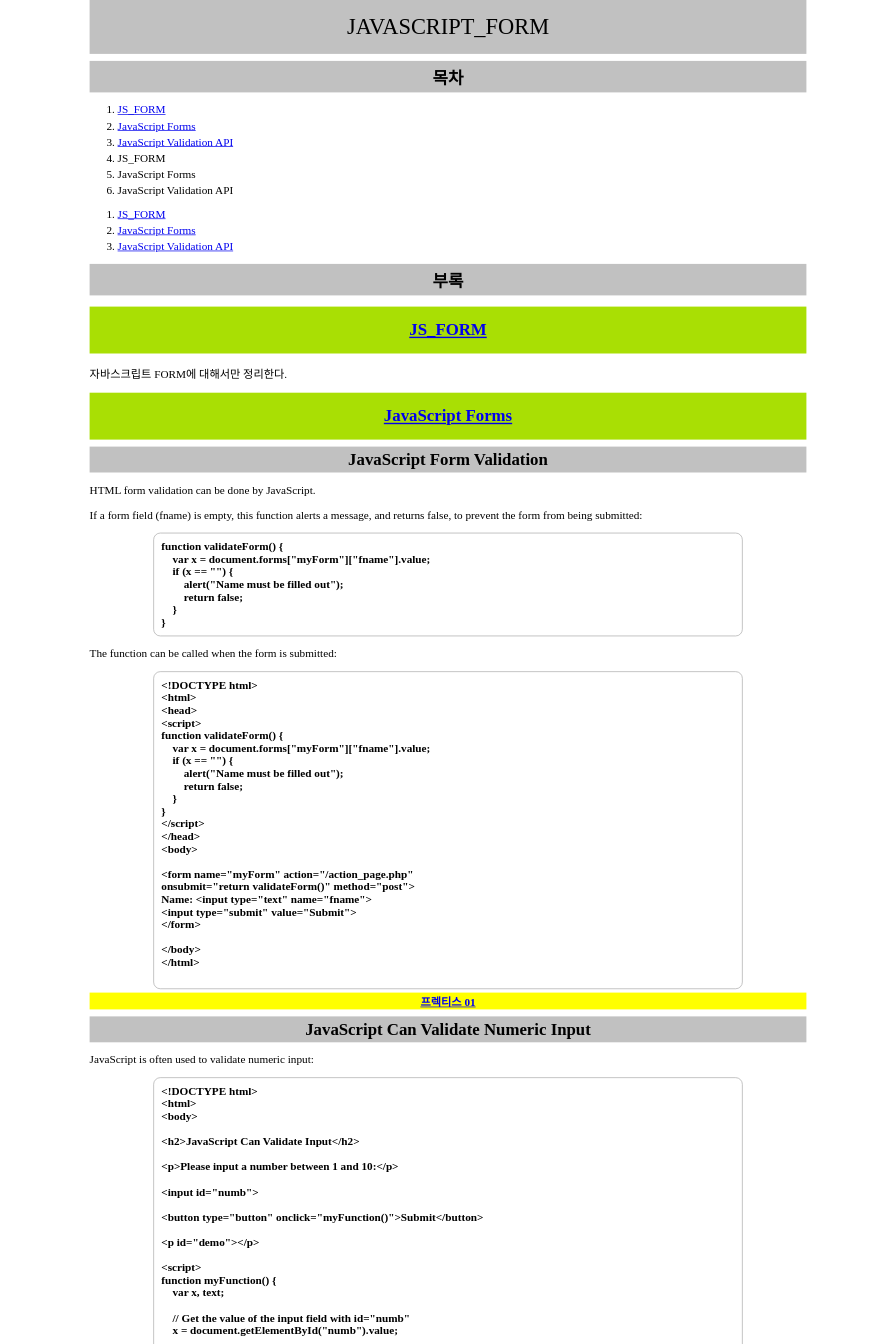
Repository: neem693/workspace
Page: studyhtml5/WebContent/ch05/Js_Form.html
These files come from the project's save history. The page is drawn as it stood at one moment and after a run of saves; the edit follows.
The browser window is 1280 px wide. The pictures show the part of the page from y = 0 to 1920 px (the page is 6741 px tall before and 6592 px after), at 70% of full size.
Some web fonts or font styles are not loaded; a fallback is used.

Above is the page before, as saved 2018-03-17 15:53:43.

### studyhtml5/WebContent/ch05/Js_Form.html
<!DOCTYPE html>
<html>
<head>
<meta charset="UTF-8">
<meta name="viewport" content="width=device-width,initial-scale = 1.0" />
<link rel="stylesheet" href="/studyhtml5/ch05/style.css">
<script src="/studyhtml5/js/jquery-3.1.1.min.js"></script>
<script src="/studyhtml5/ch05/jquery_index.js"></script>
<script src="/studyhtml5/ch05/js_main.js"></script>
<title>JAVASCRIPT_FORM</title>
</head>
<body>
	<header>JAVASCRIPT_FORM</header>
	<section>
		<article>
			<h1 id="index_subject">목차</h1>
			<div id="list"></div>
			<h1 id="bookmark_subject">부록</h1>
			<div id="bookmark_list"></div>
			<p class="subject_fix" id="subject_line"></p>
			<h1 class="subject">JS_FORM</h1>
			<p>자바스크립트 FORM에 대해서만 정리한다.</p>
			<h1 class="subject">JavaScript Forms</h1>
			<h1>JavaScript Form Validation</h1>
			<p>
				HTML form validation can be done by JavaScript. <br> <br>
				If a form field (fname) is empty, this function alerts a message,
				and returns false, to prevent the form from being submitted:
			</p>
			<pre class="code">
function validateForm() {
    var x = document.forms["myForm"]["fname"].value;
    if (x == "") {
        alert("Name must be filled out");
        return false;
    }
} </pre>

			<p>The function can be called when the form is submitted:</p>
			<pre class="code">
&lt;!DOCTYPE html&gt;
&lt;html&gt;
&lt;head&gt;
&lt;script&gt;
function validateForm() {
    var x = document.forms["myForm"]["fname"].value;
    if (x == "") {
        alert("Name must be filled out");
        return false;
    }
}
&lt;/script&gt;
&lt;/head&gt;
&lt;body&gt;

&lt;form name="myForm" action="/action_page.php"
onsubmit="return validateForm()" method="post"&gt;
Name: &lt;input type="text" name="fname"&gt;
&lt;input type="submit" value="Submit"&gt;
&lt;/form&gt;

&lt;/body&gt;
&lt;/html&gt;
 </pre>
			<a href="/studyhtml5/ch05/practice_form/practice_01.html"
				class="center">프렉티스 01</a>


			<h1>JavaScript Can Validate Numeric Input</h1>
			<p>JavaScript is often used to validate numeric input:</p>


			<pre class="code">
&lt;!DOCTYPE html&gt;
&lt;html&gt;
&lt;body&gt;

&lt;h2&gt;JavaScript Can Validate Input&lt;/h2&gt;

&lt;p&gt;Please input a number between 1 and 10:&lt;/p&gt;

&lt;input id="numb"&gt;

&lt;button type="button" onclick="myFunction()"&gt;Submit&lt;/button&gt;

&lt;p id="demo"&gt;&lt;/p&gt;

&lt;script&gt;
function myFunction() {
    var x, text;

    // Get the value of the input field with id="numb"
    x = document.getElementById("numb").value;

    // If x is Not a Number or less than one or greater than 10
    if (isNaN(x) || x &lt; 1 || x &gt; 10) {
        text = "Input not valid";
    } else {
        text = "Input OK";
    }
    document.getElementById("demo").innerHTML = text;
}
&lt;/script&gt;

&lt;/body&gt;
&lt;/html&gt;
</pre>
			<a href="/studyhtml5/ch05/practice_form/practice_02.html"
				class="center">프렉티스 02</a>


			<h1>Automatic HTML Form Validation</h1>
			<p>
				HTML form validation can be performed automatically by the browser:
				<br> <br> If a form field (fname) is empty, the required
				attribute prevents this form from being submitted:
			</p>




			<pre class="code">
&lt;!DOCTYPE html&gt;
&lt;html&gt;
&lt;body&gt;

&lt;form action="/action_page.php" method="post"&gt;
  &lt;input type="text" name="fname" required&gt;
  &lt;input type="submit" value="Submit"&gt;
&lt;/form&gt;

&lt;p&gt;If you click submit, without filling out the text field,
your browser will display an error message.&lt;/p&gt;

&lt;/body&gt;
&lt;/html&gt;
</pre>
<a href = "/studyhtml5/ch05/practice_form/practice_03.html" class = "center">프렉티스 03</a>

			<p class="imp">Automatic HTML form validation does not work in
				Internet Explorer 9 or earlier.</p>

			<h1>Data Validation</h1>
			<p>
				Data validation is the process of ensuring that user input is clean,
				correct, and useful. <br> <br> Typical validation tasks
				are:
			</p>
			<ul>
				<li>has the user filled in all required fields?</li>
				<li>has the user entered a valid date?</li>
				<li>has the user entered text in a numeric field?</li>
			</ul>
			<p>
				Most often, the purpose of data validation is to ensure correct user
				input. <br> <br> Validation can be defined by many
				different methods, and deployed in many different ways. <br> <br>
				Server side validation is performed by a web server, after input has
				been sent to the server. <br> <br> Client side validation
				is performed by a web browser, before input is sent to a web server.
			</p>
			<h1>HTML Constraint Validation</h1>
			<p>
				HTML5 introduced a new HTML validation concept called constraint
				validation. <br> <br> HTML constraint validation is based
				on:
			</p>
			<ul>
				<li>Constraint validation HTML Input Attributes</li>
				<li>Constraint validation CSS Pseudo Selectors</li>
				<li>Constraint validation DOM Properties and Methods</li>
			</ul>
			<h1>Constraint Validation HTML Input Attributes</h1>
			<table>
				<tbody>
					<tr>
						<th style="width: 25%">Attribute</th>
						<th>Description</th>
					</tr>
					<tr>
						<td>disabled</td>
						<td>Specifies that the input element should be disabled</td>
					</tr>
					<tr>
						<td>max</td>
						<td>Specifies the maximum value of an input element</td>
					</tr>
					<tr>
						<td>min</td>
						<td>Specifies the minimum value of an input element</td>
					</tr>
					<tr>
						<td>pattern</td>
						<td>Specifies the value pattern of an input element</td>
					</tr>
					<tr>
						<td>required</td>
						<td>Specifies that the input field requires an element</td>
					</tr>
					<tr>
						<td>type&nbsp;</td>
						<td>Specifies the type of an input element</td>
					</tr>
				</tbody>
			</table>
			<p>
				For a full list, go to <a
					href="https://www.w3schools.com/html/html_form_attributes.asp">HTML
					Input Attributes</a>.
			</p>
			<h1>Constraint Validation CSS Pseudo Selectors</h1>
			<table>
				<tbody>
					<tr>
						<th style="width: 25%">Selector</th>
						<th>Description</th>
					</tr>
					<tr>
						<td>:disabled</td>
						<td>Selects input elements with the "disabled" attribute
							specified</td>
					</tr>
					<tr>
						<td>:invalid</td>
						<td>Selects input elements with invalid values</td>
					</tr>
					<tr>
						<td>:optional</td>
						<td>Selects input elements with no "required" attribute
							specified</td>
					</tr>
					<tr>
						<td>:required</td>
						<td>Selects input elements with the "required" attribute
							specified</td>
					</tr>
					<tr>
						<td>:valid</td>
						<td>Selects input elements with valid values</td>
					</tr>
				</tbody>
			</table>
			<p>
				For a full list, go to <a
					href="https://www.w3schools.com/css/css_pseudo_classes.asp">CSS
					Pseudo Classes</a>.
			</p>
			<h1 class="subject">JavaScript Validation API</h1>
			<h1>Constraint Validation DOM Methods</h1>
			<table>
				<tbody>
					<tr>
						<th style="width: 25%">Property</th>
						<th>Description</th>
					</tr>
					<tr>
						<td>checkValidity()</td>
						<td>Returns true if an input element contains valid data.</td>
					</tr>
					<tr>
						<td>setCustomValidity()</td>
						<td>Sets the validationMessage property of an input element.</td>
					</tr>
				</tbody>
			</table>
			<p>If an input field contains invalid data, display a message:</p>
			<pre class="code">
&lt;!DOCTYPE html&gt;
&lt;html&gt;
&lt;body&gt;

&lt;p&gt;Enter a number and click OK:&lt;/p&gt;

&lt;input id="id1" type="number" min="100" max="300" required&gt;
&lt;button onclick="myFunction()"&gt;OK&lt;/button&gt;

&lt;p&gt;If the number is less than 100 or greater than 300, an error message will be displayed.&lt;/p&gt;

&lt;p id="demo"&gt;&lt;/p&gt;

&lt;script&gt;
function myFunction() {
    var inpObj = document.getElementById("id1");
    if (!inpObj.checkValidity()) {
        document.getElementById("demo").innerHTML = inpObj.validationMessage;
    } else {
        document.getElementById("demo").innerHTML = "Input OK";
    }
}
&lt;/script&gt;

&lt;/body&gt;
&lt;/html&gt;
</pre>
<a href = "/studyhtml5/ch05/practice_form/practice_04.html" class = "center">프렉티스 04</a>
			<h1>Constraint Validation DOM Properties</h1>
			<table>
				<tbody>
					<tr>
						<th style="width: 25%">Property</th>
						<th>Description</th>
					</tr>
					<tr>
						<td>validity</td>
						<td>Contains boolean properties related to the validity of an
							input element.</td>
					</tr>
					<tr>
						<td>validationMessage</td>
						<td>Contains the message a browser will display when the
							validity is false.</td>
					</tr>
					<tr>
						<td>willValidate</td>
						<td>Indicates if an input element will be validated.</td>
					</tr>
				</tbody>
			</table>
			<h1>Validity Properties</h1>
			<p>The validity property of an input element contains a number of
				properties related to the validity of data:</p>
			<table>
				<tbody>
					<tr>
						<th style="width: 25%">Property</th>
						<th>Description</th>
					</tr>
					<tr>
						<td>customError</td>
						<td>Set to true, if a custom validity message is set.</td>
					</tr>
					<tr>
						<td>patternMismatch</td>
						<td>Set to true, if an element's value does not match its
							pattern attribute.</td>
					</tr>
					<tr>
						<td>rangeOverflow</td>
						<td>Set to true, if an element's value is greater than its
							max attribute.</td>
					</tr>
					<tr>
						<td>rangeUnderflow</td>
						<td>Set to true, if an element's value is less than its min
							attribute.</td>
					</tr>
					<tr>
						<td>stepMismatch</td>
						<td>Set to true, if an element's value is invalid per its
							step attribute.</td>
					</tr>
					<tr>
						<td>tooLong</td>
						<td>Set to true, if an element's value exceeds its maxLength
							attribute.</td>
					</tr>
					<tr>
						<td>typeMismatch</td>
						<td>Set to true, if an element's value is invalid per its
							type attribute.</td>
					</tr>
					<tr>
						<td>valueMissing</td>
						<td>Set to true, if an element (with a required attribute)
							has no value.</td>
					</tr>
					<tr>
						<td>valid</td>
						<td>Set to true, if an element's value is valid.</td>
					</tr>
				</tbody>
			</table>
			<h1>Examples</h1>

			<p>If the number in an input field is less than 100 (the input's
				min attribute), display a message:</p>
			<pre class="code">
&lt;input id="id1" type="number" max="100"&gt;
&lt;button onclick="myFunction()"&gt;OK&lt;/button&gt;

&lt;p id="demo"&gt;&lt;/p&gt;

&lt;script&gt;
function myFunction() {
    var txt = "";
    if (document.getElementById("id1").validity.rangeOverflow) {
       txt = "Value too large";
    }
    document.getElementById("demo").innerHTML = txt;
}
&lt;/script&gt;
</pre>
<a href = "/studyhtml5/ch05/practice_form/practice_05.html" class = "center">프렉티스 05</a>
<p>If the number in an input field is less than 100 (the input's min attribute), display a message:</p>
<pre class = "code">
&lt;!DOCTYPE html&gt;
&lt;html&gt;
&lt;body&gt;

&lt;p&gt;Enter a number and click OK:&lt;/p&gt;

&lt;input id="id1" type="number" min="100"&gt;
&lt;button onclick="myFunction()"&gt;OK&lt;/button&gt;

&lt;p&gt;If the number is less than 100 (the input's min attribute), an error message will be displayed.&lt;/p&gt;

&lt;p id="demo"&gt;&lt;/p&gt;

&lt;script&gt;
function myFunction() {
    var txt = "";
    if (document.getElementById("id1").validity.rangeUnderflow) {
        txt = "Value too small";
    } else {
        txt = "Input OK";
    }
    document.getElementById("demo").innerHTML = txt;
}
&lt;/script&gt;

&lt;/body&gt;
&lt;/html&gt;
</pre>
<a href = "/studyhtml5/ch05/practice_form/practice_06.html" class = "center">프렉티스 06</a>

		</article>
	</section>


</body>
</html>

### studyhtml5/WebContent/ch05/js_main.js
/**
 *
 */
var count, imp_text, imp_value, subject, issub, target_ul, target_li, subject_bool;
var x = 0, y = 0;
var arr = [];
$(document).ready(function () {

    sort_subject();
    var show_sub_time = setTimeout(show_subject, 3000);
    opacity_on();
});
function sort_subject() {
    // /////////////////중요!////////////////////////
    /* h1태그가 너무 많아서 목록화 하는 작업을 하려한다. */
    /* subject 클래스를 가지고 있는 h1태그에 s로 id를 넣어준다 */
    /* h1 태그의 내용을 복사해서 아이디 list인 div에 숫자목록화하고 각각의 s id를 통해 링크화 한다. */
    /* h1 태그의 링크는 목차 방향으로 한다. */

    count = $(".subject").length;
    $("#list").append("<ol>");

    for (var i = 0; i < count; i++) {
        subject = $(".subject").eq(i);

        subject.attr("id", "s" + i);
        imp_text = $("#s" + i).text();
        $("#s" + i).html("<a>" + imp_text);

        // $("#c" + i + " a").attr("href","#b" +i);
        /*
         * subject 클래스가 목차로 바로 갈 수 있도록 해주는 것을 말함. 근데 이렇게 하지말고 목차로 이동하는게 더 좋을듯
         * 하다.
         */
        if ((subject.attr("class").search(/sub\b/)) == -1)
            subject_bool = false;
        else
            subject_bool = true;

        if (subject_bool) {

            if (!issub)
                $("#list ol li").eq(i - 1).append("<ul>");
            target_ul = $("#list ol li ul").eq(x);
            target_ul.addClass("list_ul_item" + x);
            target_ul.append("<li><a>" + subject.text());
            target_li = $("ul.list_ul_item" + x + " li").eq(y);// 여기서 문제가 발생했다.
            // ul을 구분하고 li까지
            // 구분해야 했기 때문..
            // 따라서 그냥 클래스로 구분지었다.

            y++;
            issub = true;
        } else {
            $("#list ol").append("<li><a>" + subject.text());
            target_li = $("#list ol li").last();// 위에 추가했기 때문에
            if (issub) {
                issub = false;
                x++;
                y = 0;
            }

        }

        /*
         * eq는 월래 0부터 시작한다. 클래스 엘리먼트도 0부터 시작해야 잘 시작된다.
         */
        target_li.attr("id", "l" + i);
        $("#l" + i + " a").attr("href", "#s" + i);

    }
    $(".subject a").attr("href", "#index_subject");// .subject클릭하면 목차로 이동
    x = 0;

    /*
     * c= $("h1").length; for(var i=0; i<c; i++){
     * if("subject"!=$("h1").eq(i).attr("class")) x++; }
     * $("#example").append(x);//이걸로 두번째 인덱스도 만들수 있을 거 같다.
     */

    // ///////////////////중요!/////////////////////////
    /* 정규표현식 같은 내용을 계속 찾아볼 수 있게 북마크로 만들려한다. */
    /* 그래서 북마크 목록을 페이지에 표시하기 위한 작업을 시작할 것이다. */
    /* bookmark_list가 아이디인 div에 숫자로 된 목차를 추가한다 */
    /* 해당 목차에 북마크클래스가 추가된 내용을 하나씩 추가하고 각각을 링크한다. */
    /* 북마크 클래스도 각각 링크를 걸어 bookmark_list div 상단 방향으로 가게끔 한다. */
    count = $(".bookmark").length;
    $("#bookmark_list").append("<ol>");
    $("#bookmark_list ol").attr("id", "bol");

    for (var i = 0; i < count; i++) {
        $(".bookmark").eq(i).attr("id", "b" + i);

        imp_text = $("#b" + i).text();
        $("#b" + i).html("<a>" + imp_text);

        $("#bol").append("<li><a>" + imp_text);
        $("#bol li").eq(i).attr("id", "bli" + i);

        $("#bli" + i + " a").attr("href", "#b" + i);

    }
    $(".bookmark a").attr("href", "#bookmark_subject");
    $(".bookmark a").append("<span class = 'bookmark_color'>(북마크)");
    // ////////////////////여기까지 끝/////////////////////////
}
function show_subject() {
    /*
     * subject 클래스를 가지고 있는 항목이 스크롤 탑이 자신의 할당에 있는 순간 해당 subject 클래스의 항목만이
     * position:fix가 되어 상단에 있도록 한다. 이걸 할라면 1.배열로 top값을 저장. 2-1.첫번째 subject top보다
     * 현재 문서 top이 높은지 판단 참이면, 현재 어디에 있는지 findIndex 메소드를 이용 판별, 해당 항목 position
     * fix. 2-2.거짓이면, 모든 subject 포지션 픽스 클래스 해제. 2-3 마지막 subject를 findIndex하기
     * 위해서는 배열상 찾을 수 없어 -1를 뱉으니 거기에 대한 따로 예외조건을 해야 함.
     */
    count = $(".subject").length;
    for (var i = 0; i < count; i++) {
        var cor = $(".subject").eq(i).offset();
        arr.push(cor.top);
    }

    $(document).scroll(function () {
        imp_value = arr.findIndex(subject_scroll);
        if (imp_value == 0) {
            $("#subject_line").text("");
            /* 첫번째 스크롤 값이 나오기 전까진 모두 무효 이로 인해서 기준이 1 더 높음. */
        } else if (imp_value == -1) {
            $("#subject_line").html($(".subject").eq(arr.length - 1).html());
            /* 마지막 스크롤 값이 검색이 안되기에 따로 예외기준 둬야됨. 이로써 찾을 수 없다(-1)은 존재하지 않음 */
        } else {
            $("#subject_line").html($(".subject").eq(imp_value - 1).html());
            /* 그 외엔 모두 똑같이 적용. 다만 기준이 1 더 높으므로 -1를 해주는 것. */
            // $("#subject_line").append("/ " + arr[3]);
            // $("#subject_line").append("/ " + $(document).scrollTop());
        }
    });

    $(window).resize(function () {// 창 크기가 변경되면 스크롤 탑도 같이 변경되므로, 리사이즈 이벤트로 배열
        // 업데이트
        count = $(".subject").length;
        arr = [];
        for (var i = 0; i < count; i++) {
            var cor = $(".subject").eq(i).offset();
            arr.push(cor.top);
        }
        // $("#test").text("리사이즈 작동했다." + arr[3]);
        // #test는 없애겠다.
    });
}
function subject_scroll(sc_va) {
    return sc_va > $(document).scrollTop();
    // 쉽게말해서 현재 문서의 스크롤탑보다 높은 값을 리턴한다는 것.
    // sc_va는 여기서 arr의 배열 값을 의미한다.
}

function opacity_on() {
    document.getElementsByClassName("jsTuto").onmouseenter = function () {
        this.childNodes[0].className += " opacity_on";
    };
    document.getElementsByClassName("jsTuto").onmouseleave = function () {
        this.childNodes[0].className = "jsImg";
    }

}

Loaded but not shown: studyhtml5/WebContent/js/jquery-3.1.1.min.js (library); studyhtml5/WebContent/ch05/jquery_index.js (152 lines, source omitted); studyhtml5/WebContent/ch05/style.css (344 lines, source omitted)

After the next 2 saves:
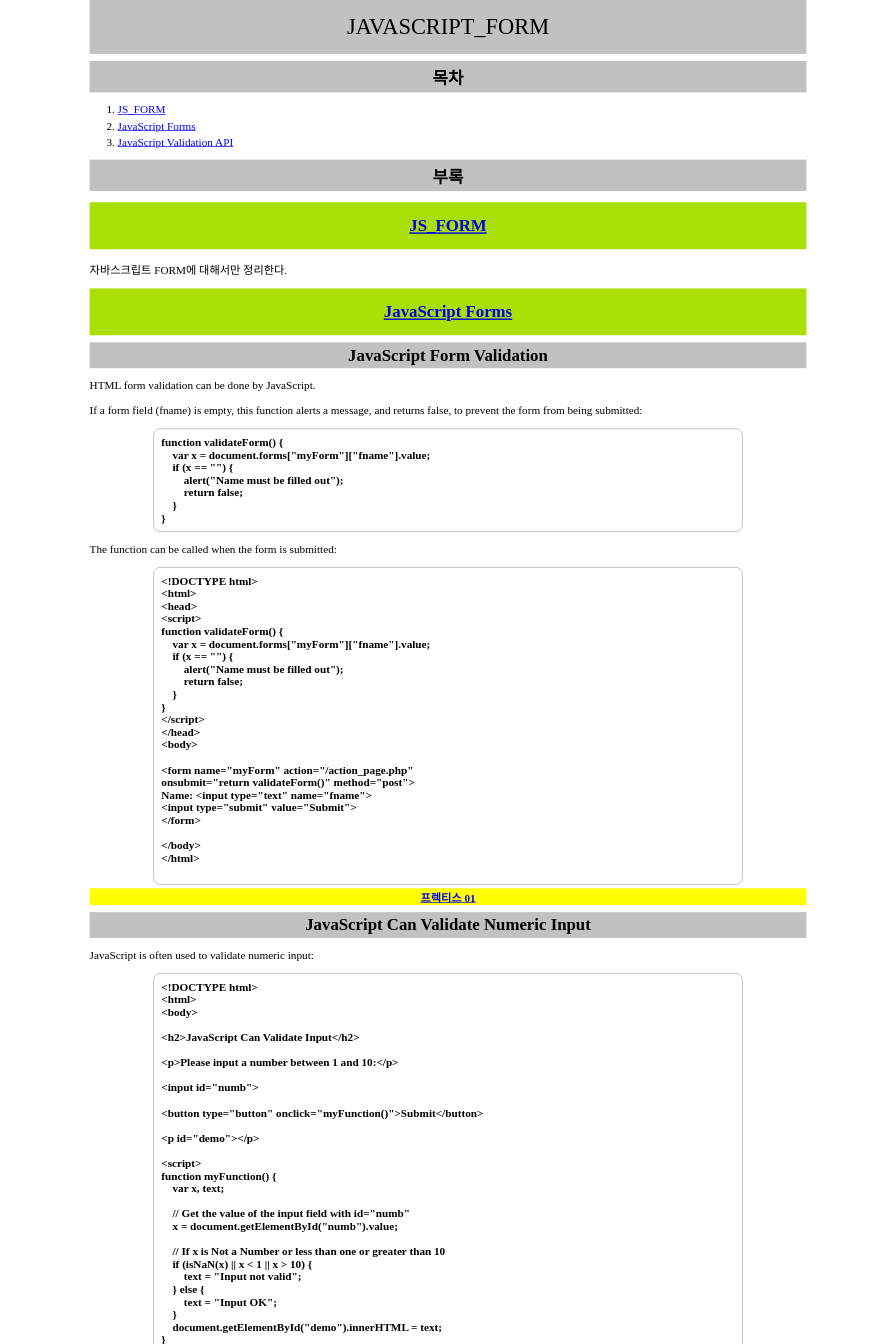
The 2 saves are shown as one change because they came seconds apart.
The last was saved 4 s later.
--- a/studyhtml5/WebContent/ch05/js_main.js
+++ b/studyhtml5/WebContent/ch05/js_main.js
@@ -1,156 +1,10 @@
 /**
  *
  */
-var count, imp_text, imp_value, subject, issub, target_ul, target_li, subject_bool;
-var x = 0, y = 0;
-var arr = [];
+
 $(document).ready(function () {
-
-    sort_subject();
-    var show_sub_time = setTimeout(show_subject, 3000);
     opacity_on();
 });
-function sort_subject() {
-    // /////////////////중요!////////////////////////
-    /* h1태그가 너무 많아서 목록화 하는 작업을 하려한다. */
-    /* subject 클래스를 가지고 있는 h1태그에 s로 id를 넣어준다 */
-    /* h1 태그의 내용을 복사해서 아이디 list인 div에 숫자목록화하고 각각의 s id를 통해 링크화 한다. */
-    /* h1 태그의 링크는 목차 방향으로 한다. */
-
-    count = $(".subject").length;
-    $("#list").append("<ol>");
-
-    for (var i = 0; i < count; i++) {
-        subject = $(".subject").eq(i);
-
-        subject.attr("id", "s" + i);
-        imp_text = $("#s" + i).text();
-        $("#s" + i).html("<a>" + imp_text);
-
-        // $("#c" + i + " a").attr("href","#b" +i);
-        /*
-         * subject 클래스가 목차로 바로 갈 수 있도록 해주는 것을 말함. 근데 이렇게 하지말고 목차로 이동하는게 더 좋을듯
-         * 하다.
-         */
-        if ((subject.attr("class").search(/sub\b/)) == -1)
-            subject_bool = false;
-        else
-            subject_bool = true;
-
-        if (subject_bool) {
-
-            if (!issub)
-                $("#list ol li").eq(i - 1).append("<ul>");
-            target_ul = $("#list ol li ul").eq(x);
-            target_ul.addClass("list_ul_item" + x);
-            target_ul.append("<li><a>" + subject.text());
-            target_li = $("ul.list_ul_item" + x + " li").eq(y);// 여기서 문제가 발생했다.
-            // ul을 구분하고 li까지
-            // 구분해야 했기 때문..
-            // 따라서 그냥 클래스로 구분지었다.
-
-            y++;
-            issub = true;
-        } else {
-            $("#list ol").append("<li><a>" + subject.text());
-            target_li = $("#list ol li").last();// 위에 추가했기 때문에
-            if (issub) {
-                issub = false;
-                x++;
-                y = 0;
-            }
-
-        }
-
-        /*
-         * eq는 월래 0부터 시작한다. 클래스 엘리먼트도 0부터 시작해야 잘 시작된다.
-         */
-        target_li.attr("id", "l" + i);
-        $("#l" + i + " a").attr("href", "#s" + i);
-
-    }
-    $(".subject a").attr("href", "#index_subject");// .subject클릭하면 목차로 이동
-    x = 0;
-
-    /*
-     * c= $("h1").length; for(var i=0; i<c; i++){
-     * if("subject"!=$("h1").eq(i).attr("class")) x++; }
-     * $("#example").append(x);//이걸로 두번째 인덱스도 만들수 있을 거 같다.
-     */
-
-    // ///////////////////중요!/////////////////////////
-    /* 정규표현식 같은 내용을 계속 찾아볼 수 있게 북마크로 만들려한다. */
-    /* 그래서 북마크 목록을 페이지에 표시하기 위한 작업을 시작할 것이다. */
-    /* bookmark_list가 아이디인 div에 숫자로 된 목차를 추가한다 */
-    /* 해당 목차에 북마크클래스가 추가된 내용을 하나씩 추가하고 각각을 링크한다. */
-    /* 북마크 클래스도 각각 링크를 걸어 bookmark_list div 상단 방향으로 가게끔 한다. */
-    count = $(".bookmark").length;
-    $("#bookmark_list").append("<ol>");
-    $("#bookmark_list ol").attr("id", "bol");
-
-    for (var i = 0; i < count; i++) {
-        $(".bookmark").eq(i).attr("id", "b" + i);
-
-        imp_text = $("#b" + i).text();
-        $("#b" + i).html("<a>" + imp_text);
-
-        $("#bol").append("<li><a>" + imp_text);
-        $("#bol li").eq(i).attr("id", "bli" + i);
-
-        $("#bli" + i + " a").attr("href", "#b" + i);
-
-    }
-    $(".bookmark a").attr("href", "#bookmark_subject");
-    $(".bookmark a").append("<span class = 'bookmark_color'>(북마크)");
-    // ////////////////////여기까지 끝/////////////////////////
-}
-function show_subject() {
-    /*
-     * subject 클래스를 가지고 있는 항목이 스크롤 탑이 자신의 할당에 있는 순간 해당 subject 클래스의 항목만이
-     * position:fix가 되어 상단에 있도록 한다. 이걸 할라면 1.배열로 top값을 저장. 2-1.첫번째 subject top보다
-     * 현재 문서 top이 높은지 판단 참이면, 현재 어디에 있는지 findIndex 메소드를 이용 판별, 해당 항목 position
-     * fix. 2-2.거짓이면, 모든 subject 포지션 픽스 클래스 해제. 2-3 마지막 subject를 findIndex하기
-     * 위해서는 배열상 찾을 수 없어 -1를 뱉으니 거기에 대한 따로 예외조건을 해야 함.
-     */
-    count = $(".subject").length;
-    for (var i = 0; i < count; i++) {
-        var cor = $(".subject").eq(i).offset();
-        arr.push(cor.top);
-    }
-
-    $(document).scroll(function () {
-        imp_value = arr.findIndex(subject_scroll);
-        if (imp_value == 0) {
-            $("#subject_line").text("");
-            /* 첫번째 스크롤 값이 나오기 전까진 모두 무효 이로 인해서 기준이 1 더 높음. */
-        } else if (imp_value == -1) {
-            $("#subject_line").html($(".subject").eq(arr.length - 1).html());
-            /* 마지막 스크롤 값이 검색이 안되기에 따로 예외기준 둬야됨. 이로써 찾을 수 없다(-1)은 존재하지 않음 */
-        } else {
-            $("#subject_line").html($(".subject").eq(imp_value - 1).html());
-            /* 그 외엔 모두 똑같이 적용. 다만 기준이 1 더 높으므로 -1를 해주는 것. */
-            // $("#subject_line").append("/ " + arr[3]);
-            // $("#subject_line").append("/ " + $(document).scrollTop());
-        }
-    });
-
-    $(window).resize(function () {// 창 크기가 변경되면 스크롤 탑도 같이 변경되므로, 리사이즈 이벤트로 배열
-        // 업데이트
-        count = $(".subject").length;
-        arr = [];
-        for (var i = 0; i < count; i++) {
-            var cor = $(".subject").eq(i).offset();
-            arr.push(cor.top);
-        }
-        // $("#test").text("리사이즈 작동했다." + arr[3]);
-        // #test는 없애겠다.
-    });
-}
-function subject_scroll(sc_va) {
-    return sc_va > $(document).scrollTop();
-    // 쉽게말해서 현재 문서의 스크롤탑보다 높은 값을 리턴한다는 것.
-    // sc_va는 여기서 arr의 배열 값을 의미한다.
-}
 
 function opacity_on() {
     document.getElementsByClassName("jsTuto").onmouseenter = function () {
